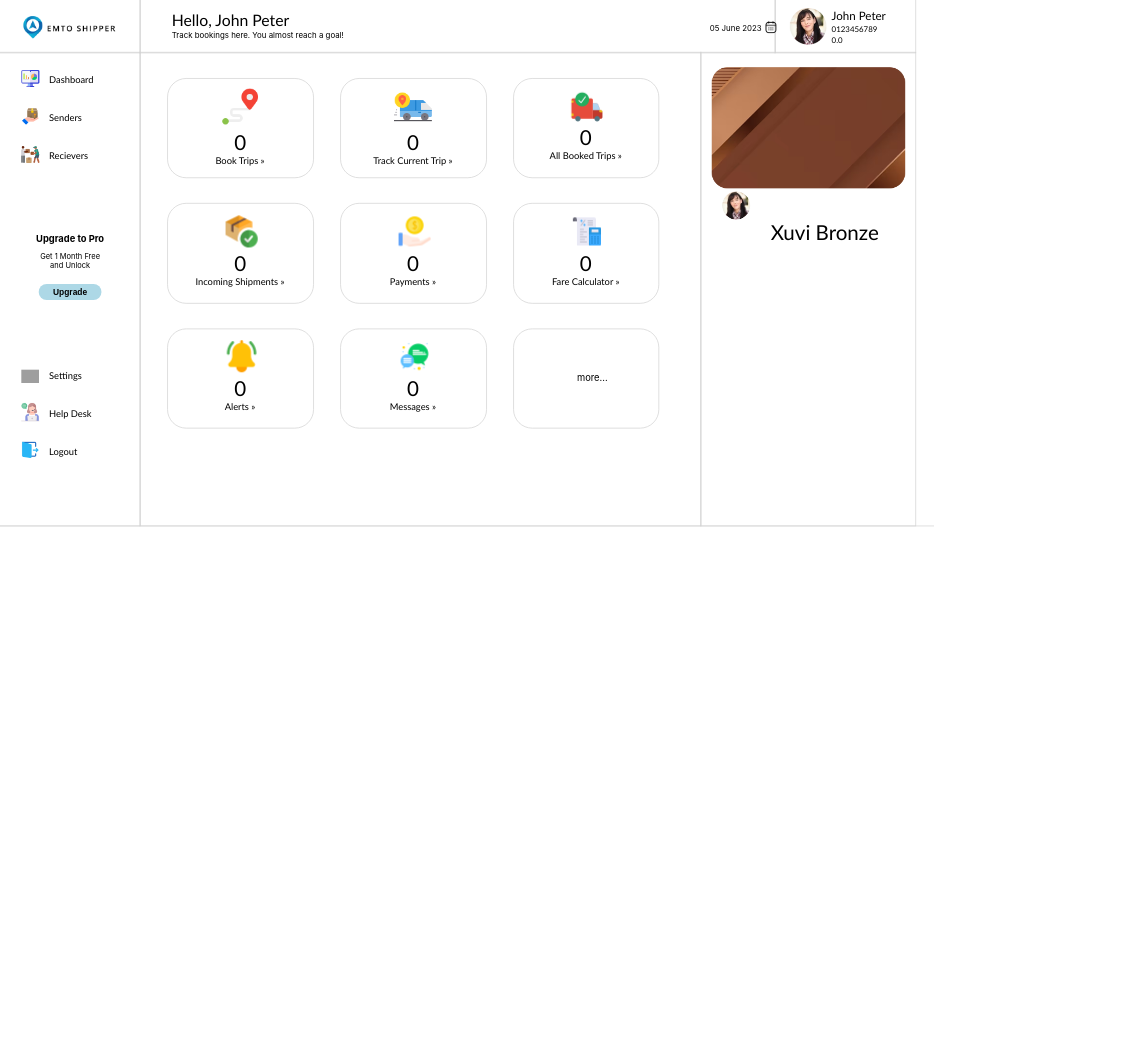
Repository: RoshanArun/Emto-Web
Page: /dashboard (app in emto/reactfirst/)
These files come from the project's save history. The page is drawn as it stood at one moment and after the next save; the edit follows.
The browser window is 1280 px wide. The page is 1280 px wide, then 1537 px, then 1280 px, so the pictures cover 1537 px, including what lies to the right of the window. The pictures show the whole page, at 73% of full size.
Pictures or frames that could not be fetched are drawn as grey boxes. The project was rebuilt for these pictures with package versions that can differ from the ones it lists, and the page was loaded fresh each time. Also part of the build but not shown: emto/reactfirst/src/pages/SignUp/SignUp.css, emto/reactfirst/src/pages/SignUp/SignUp.js, emto/reactfirst/src/pages/Login/Login.js.

Above is the page before, as saved 2023-07-30 02:25:53.

### emto/reactfirst/src/App.js
import React from 'react';
import './pages/Login/Login.css';
import './pages/SignUp/SignUp.css';
import './pages/DashBoard/DashBoard.css';

import { BrowserRouter as Router, Routes, Route }
    from 'react-router-dom';

import SignUp from './pages/SignUp/SignUp';
import Login from './pages/Login/Login';
import DashBoard from './pages/DashBoard/DashBoard';


function App() {
    return (
        <Router>
            <Routes>
                <Route exact path='/' element={<Login />} />
                <Route path='/sign-up' element={<SignUp />} />
                <Route path='/dashboard' element={<DashBoard />} />
            </Routes>
        </Router>
    );
}

export default App;

### emto/reactfirst/src/pages/Login/Login.css
.wrapper {
  width: 100%;
  height: 100%;
  display: flex;
  flex-basis: 100%;
}

.page-left {
  width: 30%;
  min-width: 250px;
  height: 100vh;
  min-height: 570px;
  background-color: #f5f5f5;
}

.page-right {
  width: 100%;
  height: 75vh;
  background-color: #ffffff;
}

.logo {
  width: 60%;
  padding-top: 5%;
  padding-left: 5%;
  padding-bottom: 35%;
}

.truck {
  width: 100%;
  padding-bottom: 10%;
}

.emtocaption {
  width: 65%;
  padding-left: 7%;
  padding-bottom: 5%;
}

.loginbox {
  width: 85%;
  background-color: white;
  border-radius: 25px;
  margin-left: 5%;
  padding-left: 5%;
  padding-top: 2%;
  padding-bottom: 10%;
}

.details {
  font-size: 13px;
  font-family: 'Gill Sans', 'Gill Sans MT', Calibri, 'Trebuchet MS', sans-serif;
  padding-bottom: 8%;
}

.link {
  font-size: 10px;
  font-family: 'Gill Sans', 'Gill Sans MT', Calibri, 'Trebuchet MS', sans-serif;
}

.signin-content {
  height: 85%;
  width: 240px;
  margin-left: auto;
  margin-right: auto;
  padding-top: 30vh;
  min-height: 300px;
}

.signin-label {
  font-size: 27px;
  padding-bottom: 10%;
  padding-right: 30%;
  font-family: 'Gill Sans', 'Gill Sans MT', Calibri, 'Trebuchet MS', sans-serif;
  float: left;
}

.num-label {
  float: left;
  font-size: 12px;
  margin-bottom: 7px;
  font-family: 'Gill Sans', 'Gill Sans MT', Calibri, 'Trebuchet MS', sans-serif;
}

.numinput {
  border-radius: 5px;
  border: 1px solid lightgrey;
  height: 35px;
  width: 235px;
  float: left;
}

input::-webkit-inner-spin-button {
  -webkit-appearance: none;
  margin: 0;
}

.small {
  display: block;
  margin-bottom: -10px;
}

.invalidnumber {
  font-size: 8px;
  float: right;
  color: red;
}

.OTP-label {
  float: left;
  font-size: 11px;
  margin-right: 200px;
  margin-bottom: 7px;
  font-family: 'Gill Sans', 'Gill Sans MT', Calibri, 'Trebuchet MS', sans-serif;
}

.OTPNUM-input {
  width: 50px;
  height: 50px;
  border-radius: 5px;
  border: 1px solid lightgrey;
  position: relative;
  margin-right: 6px;
}

.OTPNUM-inputend {
  width: 50px;
  height: 50px;
  border-radius: 5px;
  border: 1px solid lightgrey;
  position: relative;
}

.invalidOTP {
  font-size: 8px;
  float: right;
  color: red;
}

.submit-button {
  width: 240px;
  height: 35px;
  background-color: #0d69ae;
  color: white;
  border-radius: 5px;
  border: 1px solid lightgrey;
  font-family: 'Gill Sans', 'Gill Sans MT', Calibri, 'Trebuchet MS', sans-serif;
  font-size: 11px;
  margin-top: 10px;
}

.bottom {
  height: 5%;
  margin-top: 1.5%;
  width: 100%;
  font-size: 9px;
  font-family: 'Gill Sans', 'Gill Sans MT', Calibri, 'Trebuchet MS', sans-serif;
}

.terms {
  margin-left: 5px;
  float: left;
}

.language {
  font-size: 9px;
  float: right;
  font-family: 'Gill Sans', 'Gill Sans MT', Calibri, 'Trebuchet MS', sans-serif;
  padding: 3px;
  margin-right: 10px;
}

.radio-button {
  float: right;
  height: 10px;
  width: 10px;
}

@media (max-width: 600px) {
  .wrapper {
    flex-wrap: wrap;
  }

  div {
    flex-basis: 33%;
  }

  .page-left {
    width: 100%;
    min-width: 100%;
    height: 100%;
    background-color: #f5f5f5;
  }

  .box {
    width: 85%;
    background-color: white;
    border-radius: 25px;
    margin-left: 5%;
    padding-left: 5%;
    padding-top: 2%;
    padding-bottom: 5%;
    margin-bottom: 5%;
  }

  .page-right {
    width: 100%;
    min-width: 100%;
    height: 150vw;
    background-color: #f5f5f5;
  }

  .signin-content {
    height: 85%;
    width: 240px;
    padding-top: 25vh;
    text-align: center;

  }
}

### emto/reactfirst/src/pages/DashBoard/DashBoard.css
.dash {
  height: 100vh;
  width: 100vw;
  outline: 1px solid lightgray;
  min-width: 1025px;;
  display: flex;
  flex-wrap: wrap;
}

.top-logo {
  width: 15vw;
  height: 10vh;
  outline: 1px solid lightgray;
  min-height: 55px;;
  min-width: 150px;;
}

.top-intro {
  width: 68vw;
  height: 10vh;
  outline: 1px solid lightgray;
  min-width: 450px;
  min-height: 55px;;
  min-width: 680px;;
}

.top-profile {
  width: 15vw;
  height: 10vh;
  outline: 1px solid lightgray;
  min-width: 100px;
  min-height: 55px;;
  min-width: 165px;;
}

.bottom-options {
  width: 15vw;
  height: 90vh;
  outline: 1px solid lightgray;
  min-height: 450px;
  min-width: 150px;;
}

.bottom-info {
  width: 60vw;
  height: 90vh;
  outline: 1px solid lightgray;
  min-width: 600px;;
}

.bottom-profile {
  width: 23vw;
  height: 90vh;
  outline: 1px solid lightgray;
  min-width: 250px;
}


.dashboardlogo {
  width: 17.5vh;
  margin-top: 3vh;
  margin-left: 2.5vw;
  min-width: 100px;
}

.dashboardicon {
  margin-top: 12%;
  margin-left: 15%;
  width: 13%;
  min-width: 20px;
}

.dashboardlabels {
  margin-left: 7%;
  font-size: 1vw;
  position: relative;
  bottom: .5vw;
  font-family: 'Gill Sans', 'Gill Sans MT', Calibri, 'Trebuchet MS', sans-serif;
  color: black;
}

.pro {
  font-size: 1.0vw;
  font-weight: bold;
  text-align: center;
  display: block;
  margin-bottom: 5%;
  margin-top: 10vh;
}

.unlock {
  display: block;
  font-size: .8vw;
  word-wrap: break-word;
  text-align: center;

}

.unlock2 {
  font-size: .8vw;
  text-align: center;
  display: block;

}

.upgrade {
  background-color: lightblue;
  border: none;
  border-radius: 15px;
  width: 45%;
  height: 3.5%;
  margin-left: auto;
  margin-right: auto;
  display: grid;
  margin-bottom: 10vh;
  text-align: center;
  font-size: .9vw;
  font-weight: bold;
  align-items: center;
}

.intro {
  font-size: 3vh;
  font-family: 'Gill Sans', 'Gill Sans MT', Calibri, 'Trebuchet MS', sans-serif;
  padding-left: 6vh;
  margin-top: 2vh;
  display: inline-block;
}

.introsub {
  margin-left: 6vh;
  font-size: 1.5vh;
  margin-top: 2px;
  display: flex;
}


.Calender {
  position: relative;
  left: 45vw;
  top: 1vh;
  font-size: 1.5vh;
}

.calenderIcon {
  width: 2.5vh;
  position: relative;
  left: 45.25vw;
  top: 1.5vh;
  font-size: 1.5vh;
}

.profileIcon {
  width: 7vh;
  margin-left: 10%;
  margin-top: 1.5vh;
  min-width: 40px
}

.userLabel {
  margin-left: 6vw;
  font-size: 2.2vh;
  position: relative;
  bottom: 7.5vh;
  font-family: 'Gill Sans', 'Gill Sans MT', Calibri, 'Trebuchet MS', sans-serif;
  color: black;
  display: block;
  margin-bottom: -17.5px
}

.userLabel2 {
  margin-left: 6vw;
  font-size: 1.5vh;
  position: relative;
  bottom: 7.5vh;
  font-family: 'Gill Sans', 'Gill Sans MT', Calibri, 'Trebuchet MS', sans-serif;
  color: black;
  display: block;
  margin-bottom: -17.5px
}

.box {
  margin-top: 5vh;
  height: 6vh;
  width: 12.5vw;
  outline: 1px solid lightgray;
  display: inline-block;
  vertical-align: top;
  background-color: white;
  border-radius: 25px;
  margin-left: 5%;
  padding-left: 5%;
  padding-top: 2%;
  padding-bottom: 10%;
  min-width: 130px;
  min-height: 40px;

}

.boximage {
  width: 35%;
  margin-left: 20%;
  margin-top: -5px;
  margin-right: auto;
}

.boximage2 {
  width: 27.5%;
  margin-left: 25%;

}

.boxLabel {
  display: block;
  margin-left: 32.5%;
  font-size: 2.2vw;
  font-family: 'Gill Sans', 'Gill Sans MT', Calibri, 'Trebuchet MS', sans-serif;

}

.boxlabel2 {
  display: block;
  font-size: 1vw;
  text-align: center;
  margin-left: -25%;
  margin-top: -20px;
  font-family: 'Gill Sans', 'Gill Sans MT', Calibri, 'Trebuchet MS', sans-serif;
}

.more {
  margin-left: 30%;
  margin-top: 27.5%;
  display: block;
  font-size: 1vw;
}

.bronze{
  width: 90%;
  margin-top: 20px;
  margin-left: 5%;
}

.bronzelabel{
  display: block;
  margin-left: 32.5%;
  font-size: 2.2vw;
  font-family: 'Gill Sans', 'Gill Sans MT', Calibri, 'Trebuchet MS', sans-serif;

}

.bronzeicon{
  width: 3vw;
  position: relative;
  display: flex;
  left: 10%;
  top: 100%;
  outline: 2px solid white;
  border-radius: 205px;
  min-width: 35px;
  min-height: 35px;
}

.bronzeInformation{
  display: flex;
  position: relative;
  right: 30%;
  margin-top: 45%;
  margin-right: 5vw;
  font-size: 1.2vw;
  color: white;
}


.bronzeInformation2{
  display: flex;
  position: relative;
  right: 120%;
  margin-top: 55%;
  margin-right: 2.5vw;
  font-size: .8vw;
  color: white;
 }

.bo2{
  margin-top: 5vh;
  height: 25vh;
  width: 20vw;
  display: flex;
  vertical-align: top;
  background-color: white;
  margin-left: 10%;
  min-width: 130px;
  min-height: 130px;
  outline: 2px solid black;

}

### emto/reactfirst/src/pages/DashBoard/DashBoard.js
import React from 'react';
import IMAGES from '../../Components';

const DashBoard = () => {
    return (
        <div class="DashBoard">
            <meta name="viewport" content="width=device-width, initial-scale=1.0" />
            <div class="wrapper">
                <div class="dash">
                    <div class="top-logo">
                        <img src={IMAGES.emtologo} class="dashboardlogo" alt="dashboardlogo" /><br></br>
                    </div>
                    <div class="top-intro">
                        <label class="intro">Hello, John Peter</label>
                        <label class="Calender">05 June 2023</label>
                        <img src={IMAGES.calender} class="calenderIcon" alt="dashboardlogo" /><br></br>
                        <label class="introsub">Track bookings here. You almost reach a goal!</label>
                    </div>
                    <div class="top-profile">
                        <img src={IMAGES.profile} class="profileIcon" alt="dashboardlogo" />
                        <label class="userLabel">John Peter</label><br></br>
                        <label class="userLabel2">0123456789</label><br></br>
                        <label class="userLabel2">0.0</label><br></br>
                    </div>

                    <div class="bottom-options">
                        <img src={IMAGES.dashboard} class="dashboardicon" alt="dashboardlogo" /><label class="dashboardlabels">Dashboard</label><br></br>
                        <img src={IMAGES.senders} class="dashboardicon" alt="dashboardlogo" /><label class="dashboardlabels">Senders</label><br></br>
                        <img src={IMAGES.recievers} class="dashboardicon" alt="dashboardlogo" /><label class="dashboardlabels">Recievers</label><br></br><br></br>
                        <label class="pro">Upgrade to Pro</label>
                        <label class="unlock">Get 1 Month Free</label>
                        <label class="unlock2">and Unlock</label><br></br>
                        <button class="upgrade">Upgrade</button>
                        <img src={IMAGES.settings} class="dashboardicon" alt="dashboardlogo" /><label class="dashboardlabels">Settings</label><br></br>
                        <img src={IMAGES.csx} class="dashboardicon" alt="dashboardlogo" /><label class="dashboardlabels">Help Desk</label><br></br>
                        <img src={IMAGES.logout} class="dashboardicon" alt="dashboardlogo" /><label class="dashboardlabels">Logout</label><br></br>
                    </div>

                    <div class="bottom-info">
                        <div class="box">
                            <img src={IMAGES.booktrips} class="boximage" alt="dashboardlogo" />
                            <label class="boxLabel">0</label><br></br>
                            <label class="boxlabel2">Book Trips 	&#187;</label>
                        </div>
                        <div class="box">
                            <img src={IMAGES.currenttTrips} class="boximage" alt="dashboardlogo" />
                            <label class="boxLabel">0</label><br></br>
                            <label class="boxlabel2">Track Current Trip	&#187;</label>
                        </div>
                        <div class="box">
                            <img src={IMAGES.bookedTrips} class="boximage2" alt="dashboardlogo" />
                            <label class="boxLabel">0</label><br></br>
                            <label class="boxlabel2">All Booked Trips	&#187;</label>
                        </div>
                        <div class="box">
                            <img src={IMAGES.incomingShipments} class="boximage2" alt="dashboardlogo" />
                            <label class="boxLabel">0</label><br></br>
                            <label class="boxlabel2">Incoming Shipments	&#187;</label>
                        </div>
                        <div class="box">
                            <img src={IMAGES.payments} class="boximage2" alt="dashboardlogo" />
                            <label class="boxLabel">0</label><br></br>
                            <label class="boxlabel2">Payments	&#187;</label>
                        </div>
                        <div class="box">
                            <img src={IMAGES.fareCalc} class="boximage2" alt="dashboardlogo" />
                            <label class="boxLabel">0</label><br></br>
                            <label class="boxlabel2">Fare Calculator	&#187;</label>
                        </div>
                        <div class="box">
                            <img src={IMAGES.alerts} class="boximage2" alt="dashboardlogo" />
                            <label class="boxLabel">0</label><br></br>
                            <label class="boxlabel2">Alerts	&#187;</label>
                        </div>
                        <div class="box">
                            <img src={IMAGES.messages} class="boximage2" alt="dashboardlogo" />
                            <label class="boxLabel">0</label><br></br>
                            <label class="boxlabel2">Messages	&#187;</label>
                        </div>
                        <div class="box">
                            <label class="more">more...</label><br></br>
                        </div>
                    </div>

                    <div class="bottom-profile">
                        <div class='box2'>
                            <img src={IMAGES.bronze} class="bronze" alt="dashboardlogo" />
                            <img src={IMAGES.profile} class="bronzeicon" alt="dashboardlogo" />
                            <label class="bronzelabel">Xuvi Bronze</label><br></br>
                            <label class="bronzeInformation">0</label><br></br>
                            <label class="bronzeInformation">0</label><br></br>
                            <label class="bronzeInformation">0</label><br></br>
                            <label class="bronzeInformation2">Bookings</label><br></br>
                            <label class="bronzeInformation2">Pending Payments</label><br></br>
                            <label class="bronzeInformation2">Points</label><br></br>

                        </div>


                        {/* <img src={IMAGES.bronze} class="box-banner2" alt="dashboardlogo" /> */}
                    </div>
                </div>
            </div>
        </div>
    );
}
export default DashBoard;

### emto/reactfirst/src/Components/index.js
const IMAGES = {
    emtocaption: require('./emto-caption.png'),
    emtotruck: require('./emtotruck.jpg'),
    emtologo: require('./emto-logo.png'),

    dashboard: require('./business-report.png'),
    senders: require('./senders.png'),
    recievers: require('./recievers.png'),

    settings: require('./settings.png'),
    csx: require('./customer-service.png'),
    logout: require('./logout.png'),

    calender: require('./calendar.png'),
    profile: require('./profile.png'),

    booktrips: require('./destination.png'),
    currenttTrips: require('./tracking.png'),
    bookedTrips: require('./truck.png'),
    incomingShipments: require('./approval.png'),
    payments: require('./cash-payment.png'),
    fareCalc: require('./calculator.png'),
    alerts: require('./bell.png'),
    messages: require('./chat-box.png'),

    bronze: require('./bronze-bg.png')
}

export default IMAGES;

Loaded but not shown: emto/reactfirst/public/index.html (common file); emto/reactfirst/src/index.js (common file); emto/reactfirst/src/index.css (common file); emto/reactfirst/src/reportWebVitals.js (common file)

After the next save:
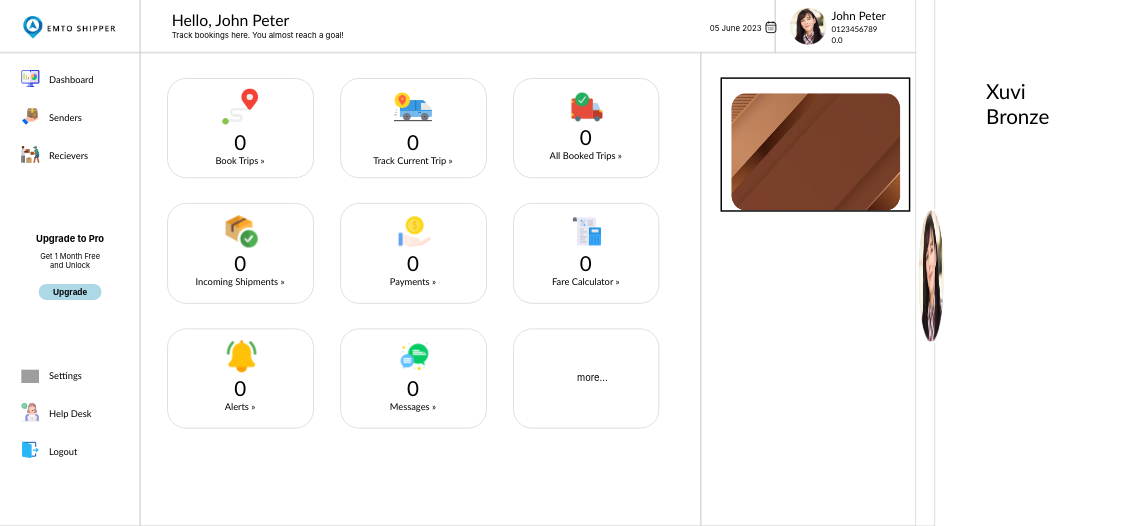
Saved 9 s later.
--- a/emto/reactfirst/src/pages/DashBoard/DashBoard.css
+++ b/emto/reactfirst/src/pages/DashBoard/DashBoard.css
@@ -281,7 +281,7 @@
   color: white;
  }
 
-.bo2{
+.box2{
   margin-top: 5vh;
   height: 25vh;
   width: 20vw;

After the save that followed:
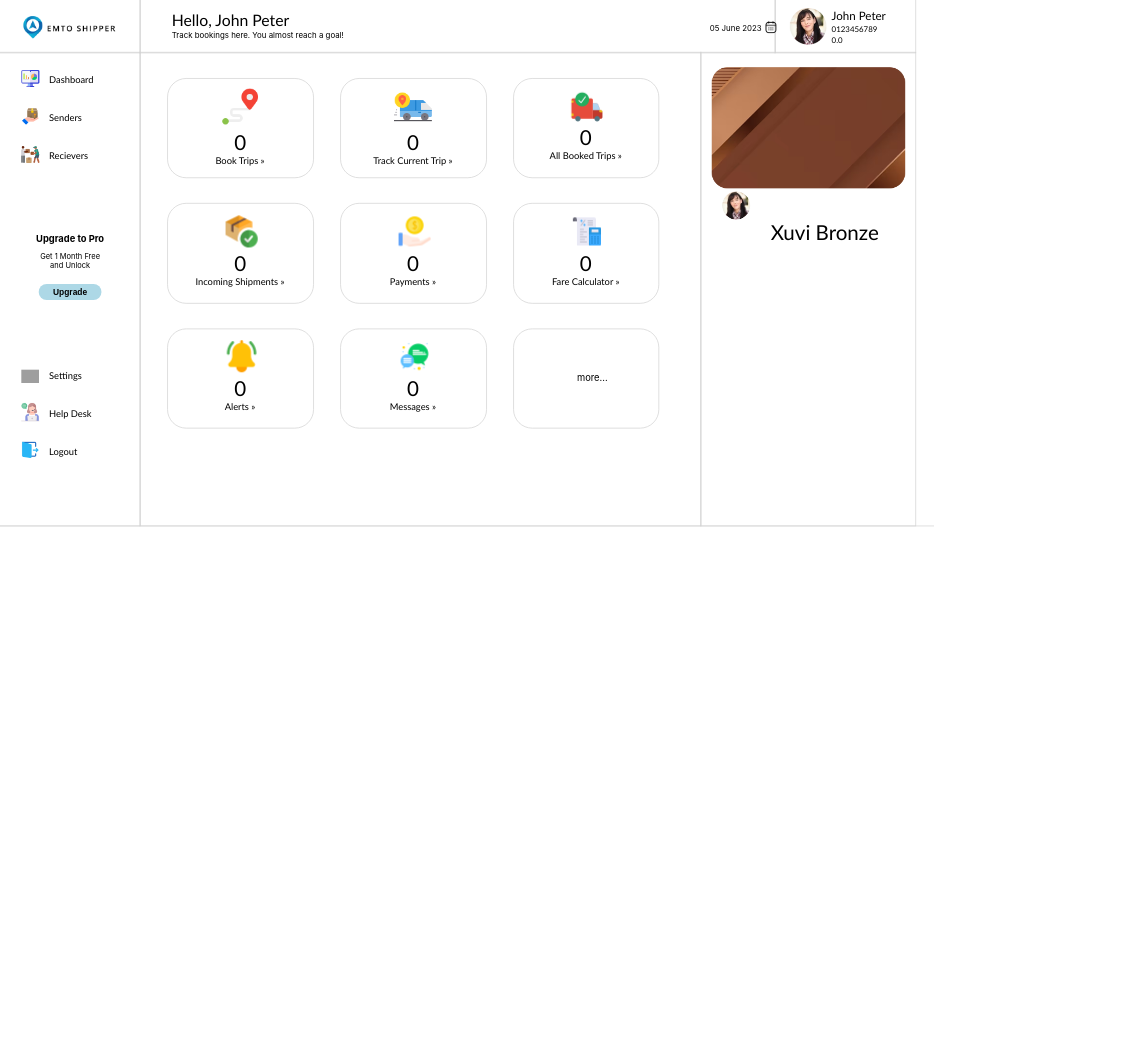
Saved 11 s later.
--- a/emto/reactfirst/src/pages/DashBoard/DashBoard.css
+++ b/emto/reactfirst/src/pages/DashBoard/DashBoard.css
@@ -281,7 +281,7 @@
   color: white;
  }
 
-.box2{
+.bo2{
   margin-top: 5vh;
   height: 25vh;
   width: 20vw;
